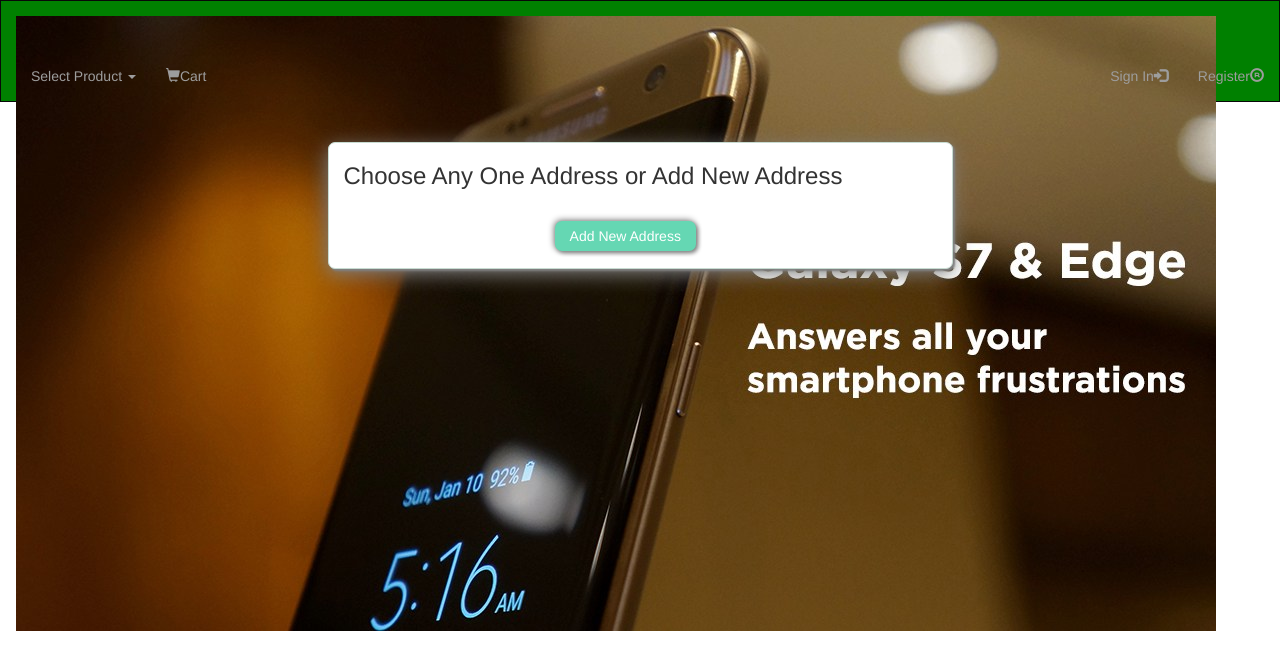
Repository: KoustabhBiswas/Final-Ecommerce-Project
Page: http://localhost/ecommerce1/WEB-INF/views/address.jsp
The author's editor kept a copy of each file at every save. The page is drawn from the files as they stood at one save, then again after the next save.
The browser window is 1280 px wide. The pictures show the whole page.
Some web libraries are served in a nearby version. The page is served by Tomcat 9. Nobody is signed in. The template is opened directly, without the code that normally fills it, so the values that code supplies are empty.

Above is the page before, as saved 2017-09-17 11:59:15.

After the next save:
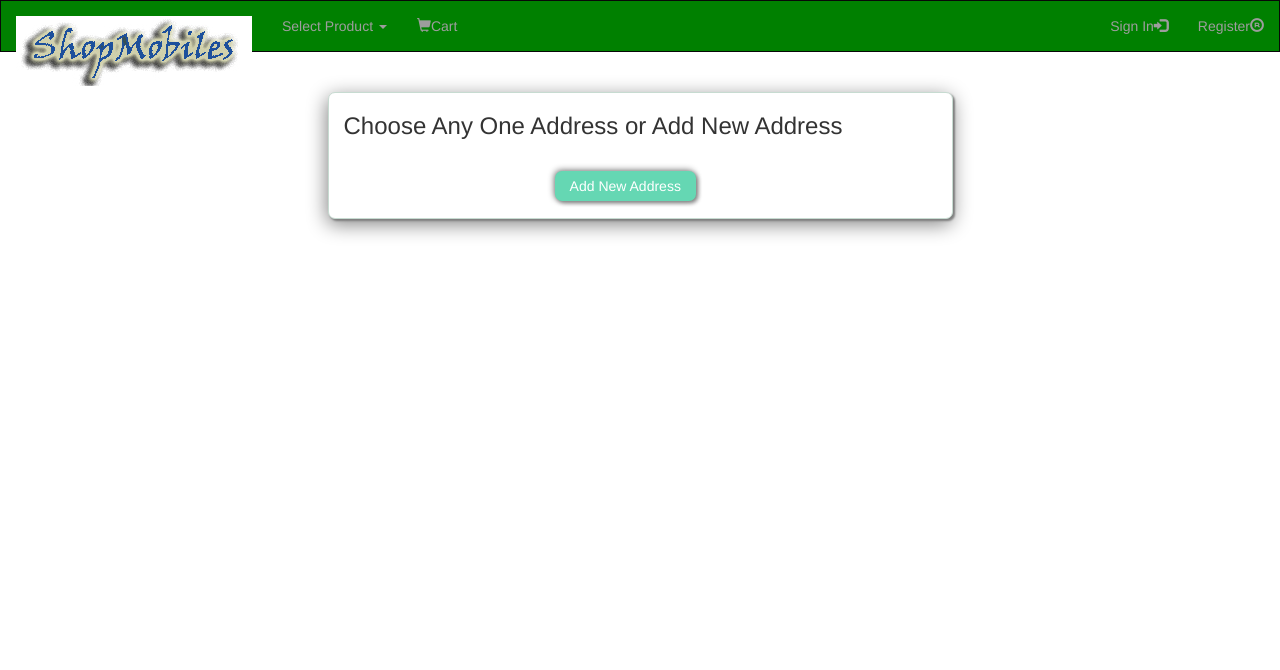
Saved 58 s later.
--- a/Final Ecommerce Project/Ecommerce_Project-master/project/ecommerce1/src/main/webapp/WEB-INF/views/shared/navbar.jsp
+++ b/Final Ecommerce Project/Ecommerce_Project-master/project/ecommerce1/src/main/webapp/WEB-INF/views/shared/navbar.jsp
@@ -16,7 +16,7 @@
 		<div class="container-fluid">
 			<div class="navbar-header">
 				<a class="navbar-brand" href="home"><img
-					src="<c:url value="/resources/images/h2.jpg" />" ></a>
+					src="<c:url value="/resources/images/shopmobiles4.jpg" />" ></a>
 			</div>
 			<ul class="nav navbar-nav">
 
